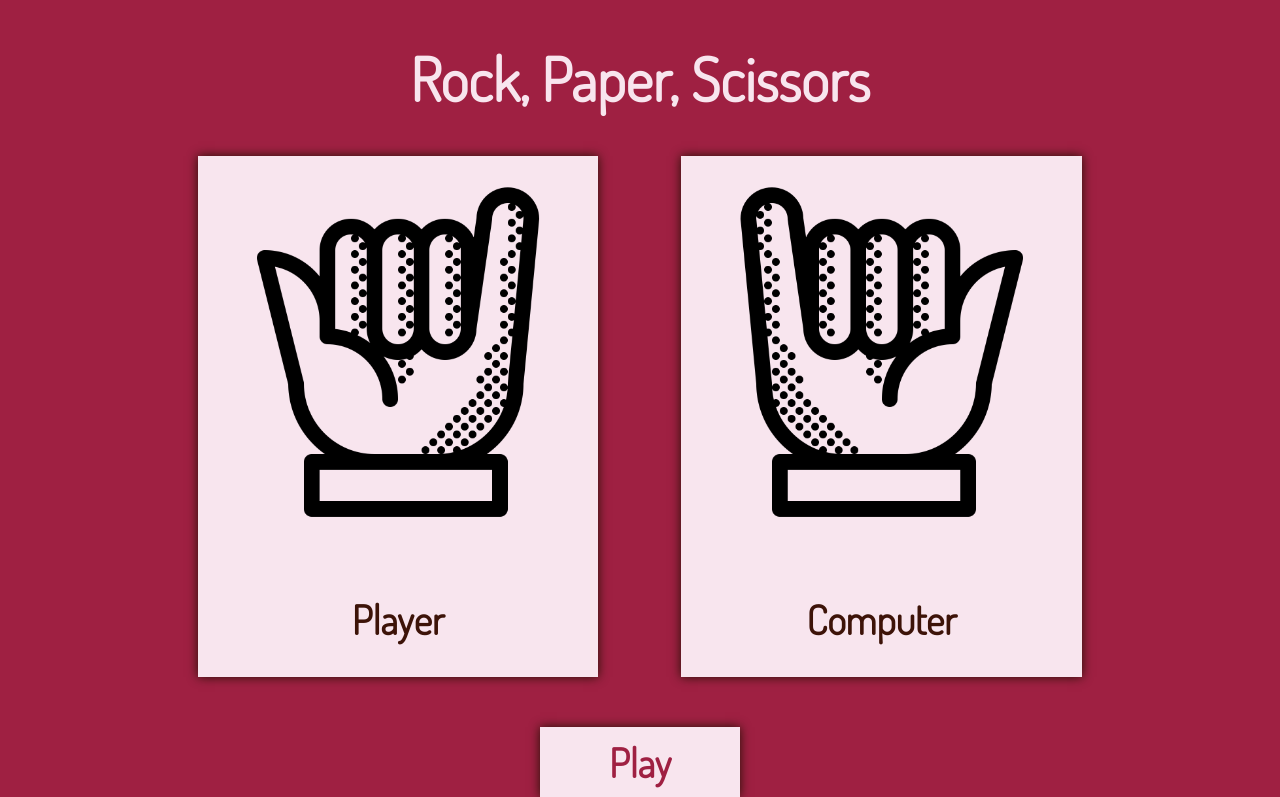
Repository: shayanabedi98/rock-paper-scissors
Page: index.html
The author's editor kept a copy of each file at every save. The page is drawn from the files as they stood at one save, then again after the next save.
The browser window is 1280 px wide. The pictures show the whole page.

Above is the page before, as saved 2023-07-13 19:51:29.

After the next save:
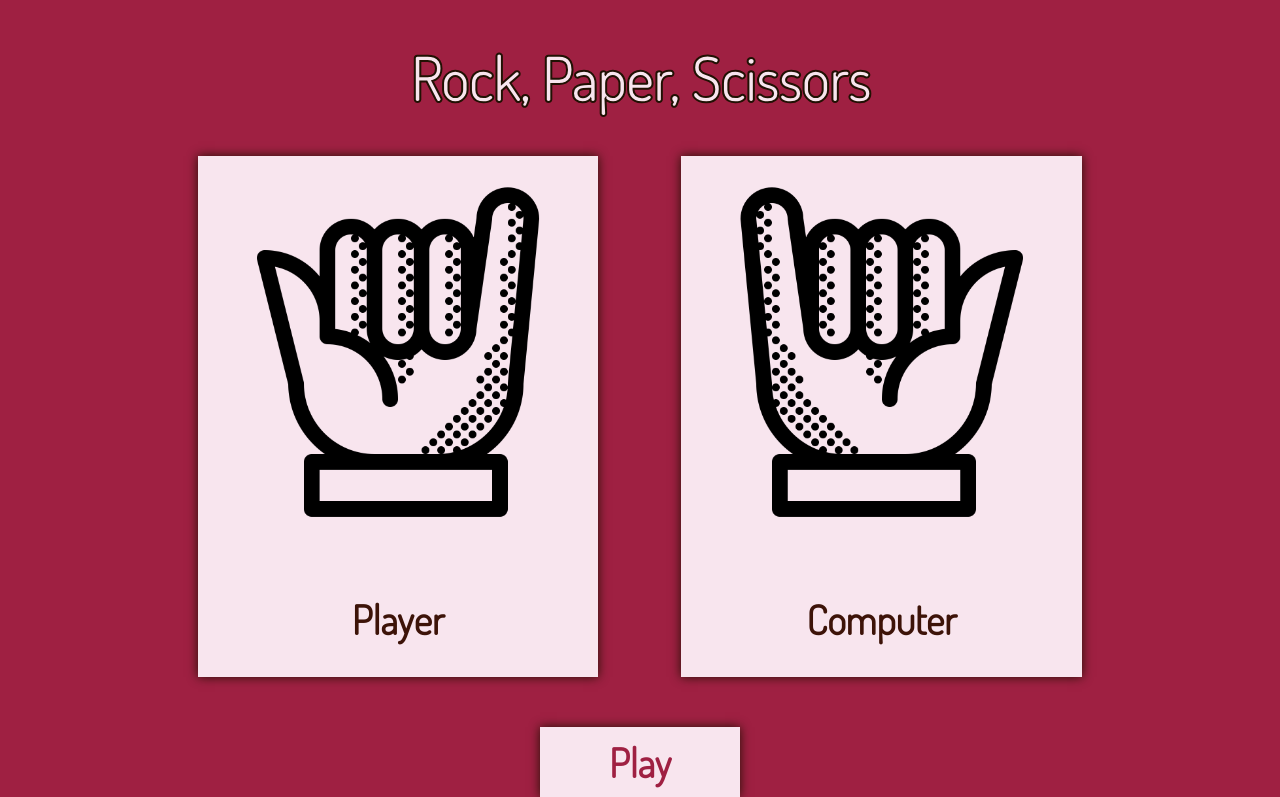
Saved 15 s later.
--- a/styles.css
+++ b/styles.css
@@ -9,6 +9,7 @@ body {
 h1 {
     font-size: 60px;
     -webkit-text-stroke-color: #211103;
+    -webkit-text-stroke-width: 2px;
 }
 
 .header {
